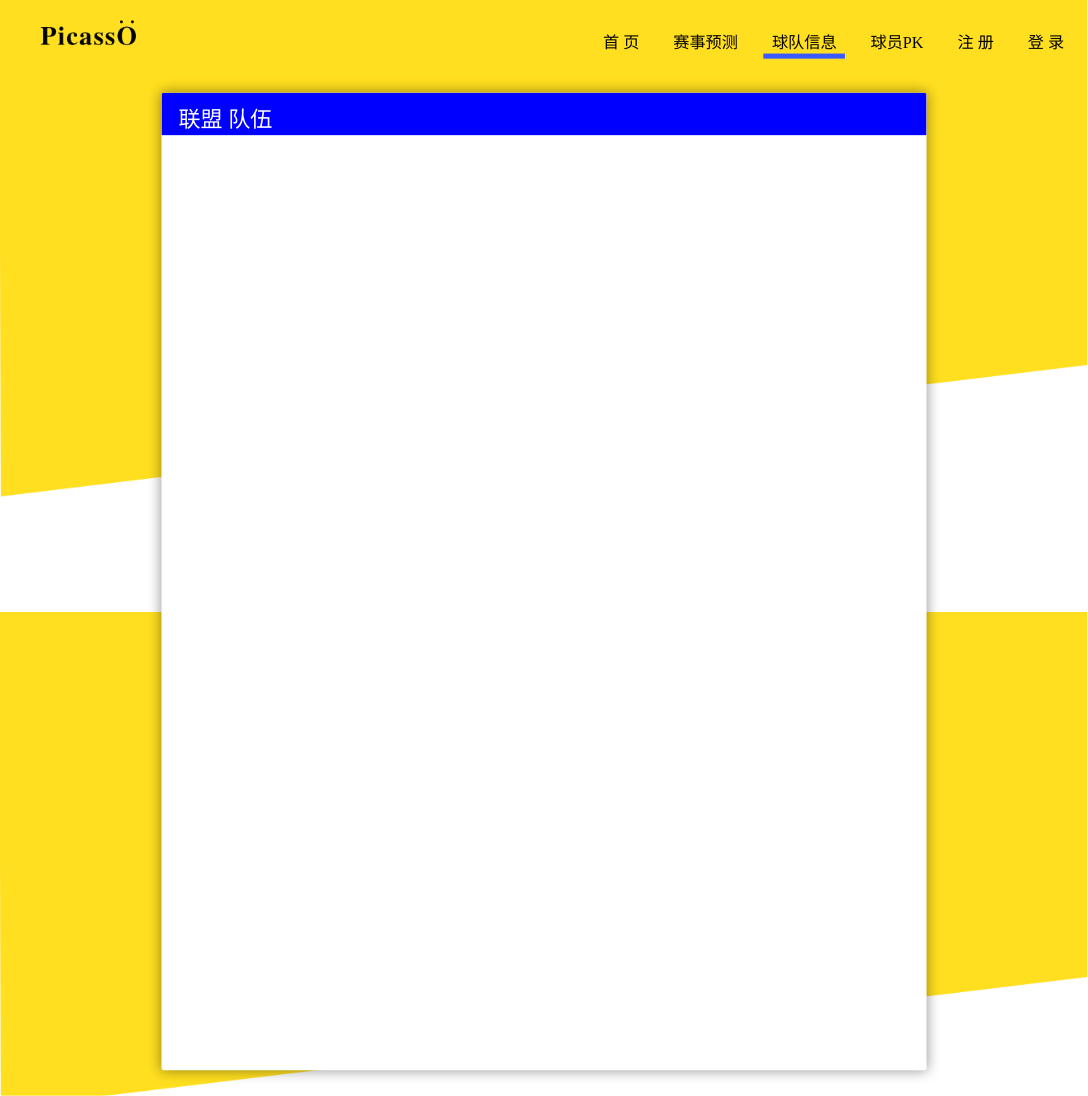
Repository: cciixx/nba-prediction-sys
Page: public/team_index.html
These files come from the project's save history. The page is drawn as it stood at one moment and after the next save; the edit follows.
The browser window is 1280 px wide. The pictures show the whole page, at 85% of full size.
The page's requests for data from a server got no answer. Backgrounds fixed to the window are drawn as part of the page.

Above is the page before, as saved 2020-03-20 22:01:24.

### public/team_index.html
<!DOCTYPE html>
<html>
  <head>
    <meta charset="utf-8" />
    <script type="text/javascript" src="/javascripts/jquery-3.4.1.js"></script>
    <title>NBA预测系统</title>
    <link href="/stylesheets/navl.css" rel="stylesheet" type="text/css" />
    <link href="/stylesheets/team_index.css" rel="stylesheet" type="text/css" />
    <style>
      body {
        background-image: url(images/half_yellow.png);
      }

      body,
      td,
      th {
        font-family: "方正小标宋简体";
      }
    </style>
  </head>

  <body>
    <div class="header">
      <ul class="navl">
        <li><a href="login.html">登 录</a></li>
        <li><a href="register.html">注 册</a></li>
        <li><a href="PK_index.html">球员PK</a></li>
        <li style="border-bottom: 6px solid #3a59fd;">
          <a href="team_index.html">球队信息</a>
        </li>
        <li><a href="predict.html">赛事预测</a></li>
        <li><a href="first.html">首 页</a></li>
        <img src="/images/logo.png" />
      </ul>
    </div>

    <div class="wrapper">
      <div class="team_bg">
        <div class="list-title" , id="title">
          <div style="padding: 10px;"><span>联盟 队伍</span></div>
        </div>

        <!-- <div class="A_team">
                    <img src="images/ATL.png">
                    <div class="name_T">亚特兰大 老鹰队</div>
                </div>
    </div> -->

        <script>
          window.onload = function() {
            $.ajax({
              url: "http://localhost:3000/team_index",
              type: "get",
              dataType: "json",
              success: function(data) {
                for (var i = 0; i < data.length; i++) {
                  var img_src;
                  var team_name;
                  img_src = data[i].logo_path;
                  team_name = data[i].names;
                  $("#title").append(
                    "<div class='A_team'><img src='" +
                      img_src +
                      "'> <div class='name_T'>" +
                      team_name +
                      "</div></div>"
                  );
                }
              }
            });
          };
        </script>
      </div>
    </div>
  </body>
</html>

### public/stylesheets/navl.css
/* CSS Document */
body{
	background-repeat: no-repeat;
	background-position: top;
	background-size: 100%, 100%;
	background-attachment: fixed;
}
.header{
    overflow: hidden;
}
.btn{
	background: #3a59fd;
	font-family: '方正小标宋简体';
	color: white;
}
.navl ul{
	margin: 30px;
	width: 600px;
	height: 300px;
	color: #030303;
	position: absolute;
	top: 10px;
}
.navl li{
		height: 29px;
		width: fit-content;
		margin: 10px;
		list-style: none;
		float: right;
}
.navl img{
	float: left;
	height: 29px;
}
.navl a{
	margin: 0px 10px;
	color:#030303;
	text-align: left;
	text-decoration: none;
	font-size: 19px;
}
.wrapper{
    width: 100%;
}

### public/stylesheets/team_index.css
.team_bg{
    overflow: hidden;
    width: 900px;
    height: 1150px;
    margin: 30px auto;
	/* font-size: 26px; */
	background: white;
	border: 0 none;
    border-radius: 3px;
    box-shadow: 0 0 15px 1px rgba(0, 0, 0, 0.4);
    box-sizing: border-box;
}
.list-title{
    background-color: blue;
    height: 50px;
    text-align: left;
}
.list-title span{
    margin-left: 10px;
    color: white;
    font-size: 26px;
}
.A_team{
    margin: 30px;
    width: 25%;
    text-align: center;
    float: left;
}
.A_team .name_T{
    padding-top: 10px;
    font-size: 20px;
    margin: 0 auto;
}
.A_team img{
    float: left;
    width: 50px;
    height: 50px;

}
    /* }
.team_table {
    margin: 20px;
}
.team_table td{
    padding-left: 20px;
}
.team_table img{
    width: 50px;
    height: 50px;
} */

Loaded but not shown: public/javascripts/jquery-3.4.1.js (library)

After the next save:
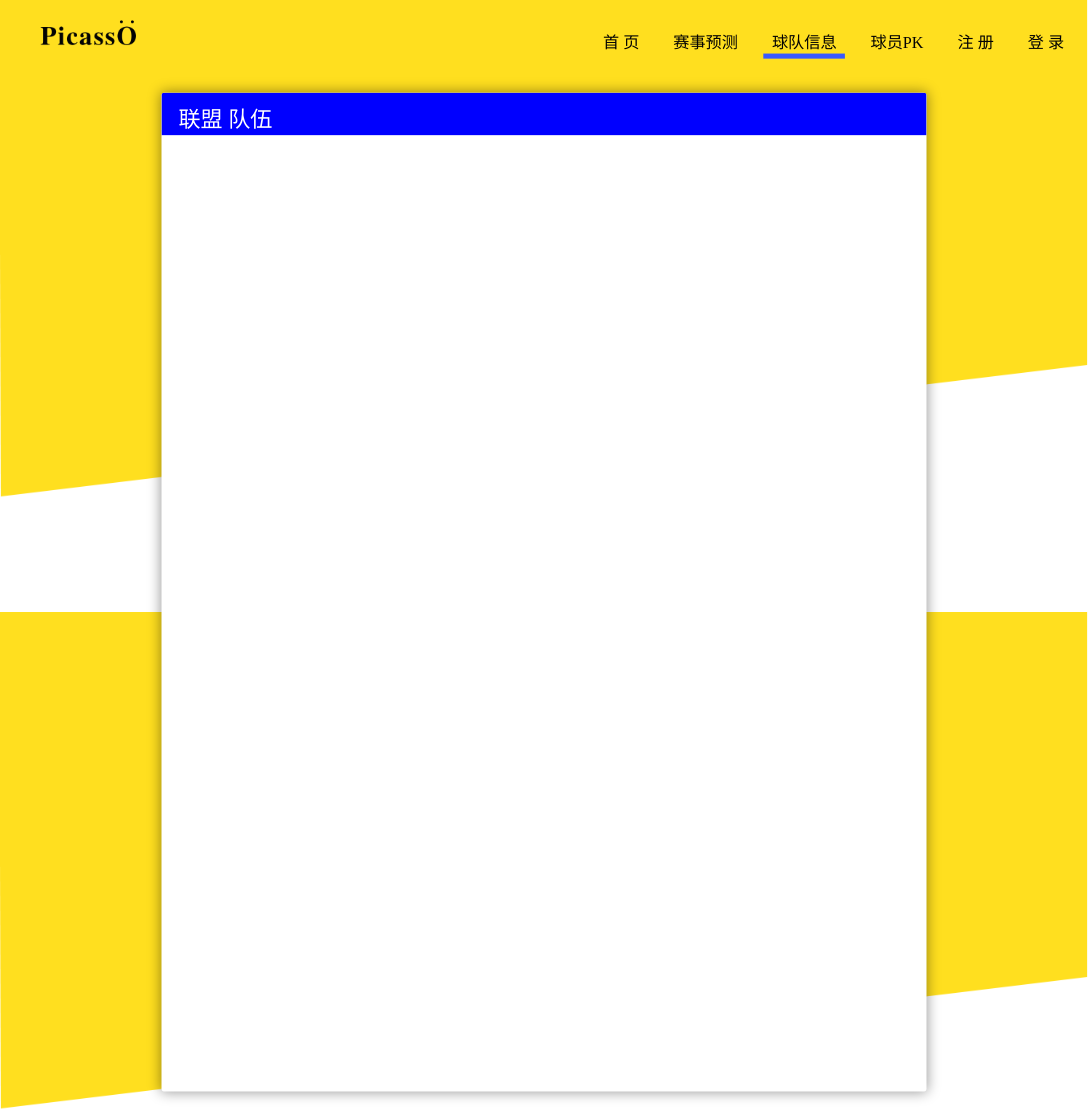
Saved 20 s later.
--- a/public/stylesheets/team_index.css
+++ b/public/stylesheets/team_index.css
@@ -1,7 +1,7 @@
 .team_bg{
     overflow: hidden;
     width: 900px;
-    height: 1150px;
+    height: 1175px;
     margin: 30px auto;
 	/* font-size: 26px; */
 	background: white;
